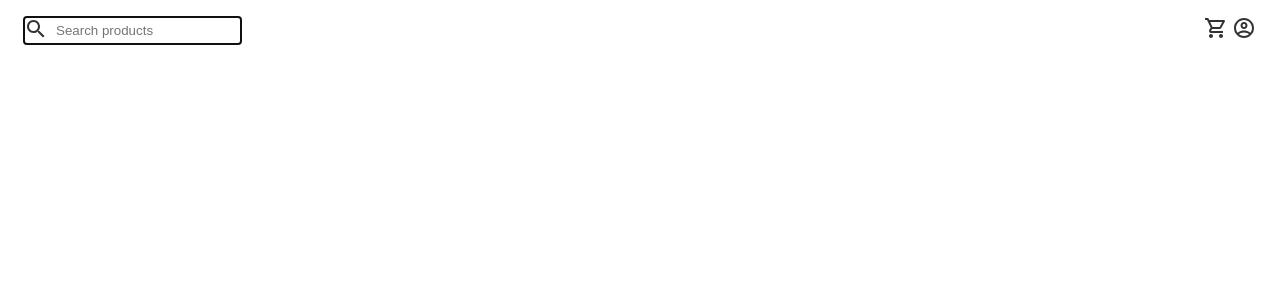
Repository: Kirillishko/homeworks
Page: src/index.html
The author's editor kept a copy of each file at every save. The page is drawn from the files as they stood at one save, then again after a run of saves.
The browser window is 1280 px wide. The pictures show the whole page.
The first visible `.search-form` has the focus.

Above is the page before, as saved 2023-12-29 23:48:14.

After the next 2 saves:
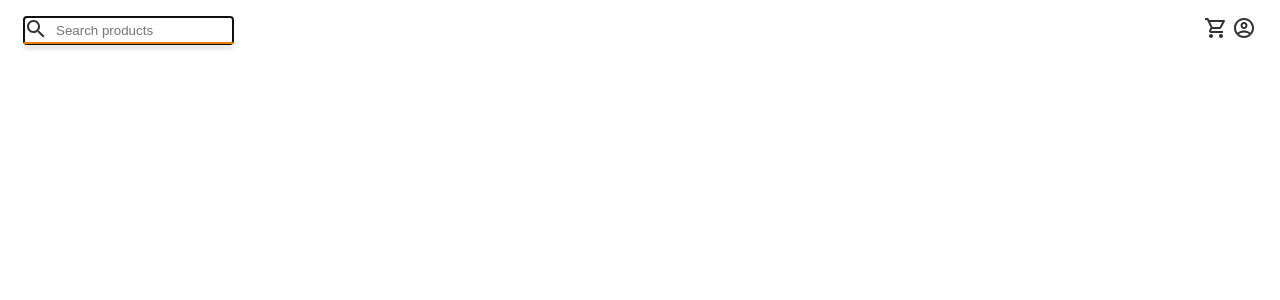
The 2 saves are shown as one change because they came seconds apart.
The last was saved 81 s later.
--- a/src/header.css
+++ b/src/header.css
@@ -15,7 +15,10 @@
 
 .search-form:focus-within::after {
 	content: '';
+	position: absolute;
 	height: 2px;
+	width: 100%;
 	background-color: #e97f03;
 	box-shadow: 0px 4px 4px 0px rgba(0, 0, 0, 0.25);
+	bottom: 0;
 }
